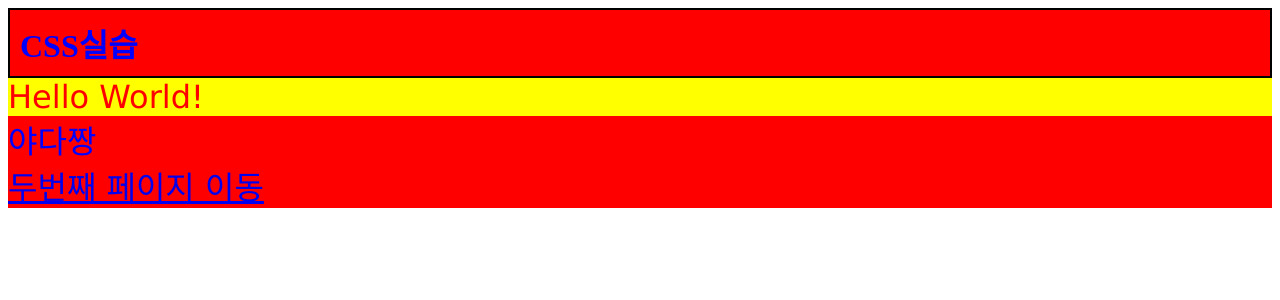
Repository: ashojm/WebWork
Page: Web/first.html
The author's editor kept a copy of each file at every save. The page is drawn from the files as they stood at one save, then again after the next save.
The browser window is 1280 px wide. The pictures show the whole page.

Above is the page before, as saved 2015-11-12 16:35:08.

### Web/first.html
<!DOCTYPE html>
<html>
	<head>
		<meta charset="UTF-8">
		<link rel="stylesheet" href="css/base.css"/>
		<title>제목입니다.</title>
	</head>
	<body>
		<h1>CSS실습</h1>
		<p>
			Hello World!
		</p>
		<p id="yada">
			야다짱
		</p>
		<p class="yada">
			<a href="second.html" target="">두번째 페이지 이동</a>

		</p>

	</body>
</html>

### Web/css/base.css
h1{color:#0000FF;font-family:serif;font-size:200%;background-color:red;border:2px solid black;padding:10px;margin:0 auto}
p {color:red;font-size:200%;font-family:Verdana;background-color:yellow;margin:0 auto}
p#yada {color:blue;background-color:red}
p.yada {color:black;background-color:red}

After the next save:
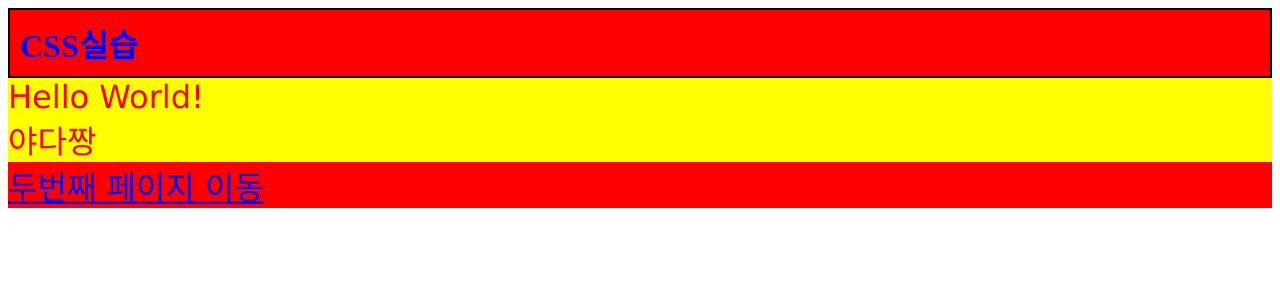
Saved 90 s later.
--- a/Web/first.html
+++ b/Web/first.html
@@ -10,7 +10,7 @@
 		<p>
 			Hello World!
 		</p>
-		<p id="yada">
+		<p id="aa">
 			야다짱
 		</p>
 		<p class="yada">
